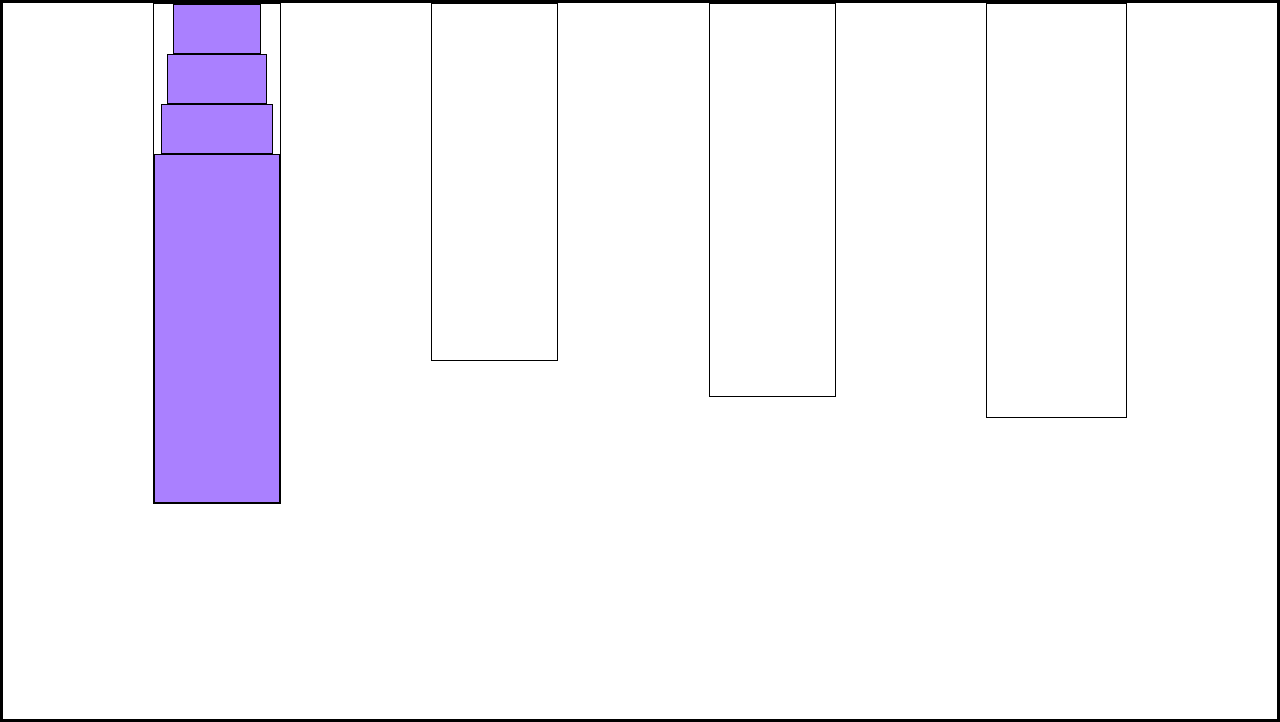
Repository: Lungdjos/city_skyline
Page: index.html
These files come from the project's save history. The page is drawn as it stood at one moment and after a run of saves; the edit follows.
The browser window is 1280 px wide. The pictures show the whole page.

Above is the page before, as saved 2023-12-11 09:51:29.

After the next 2 saves:
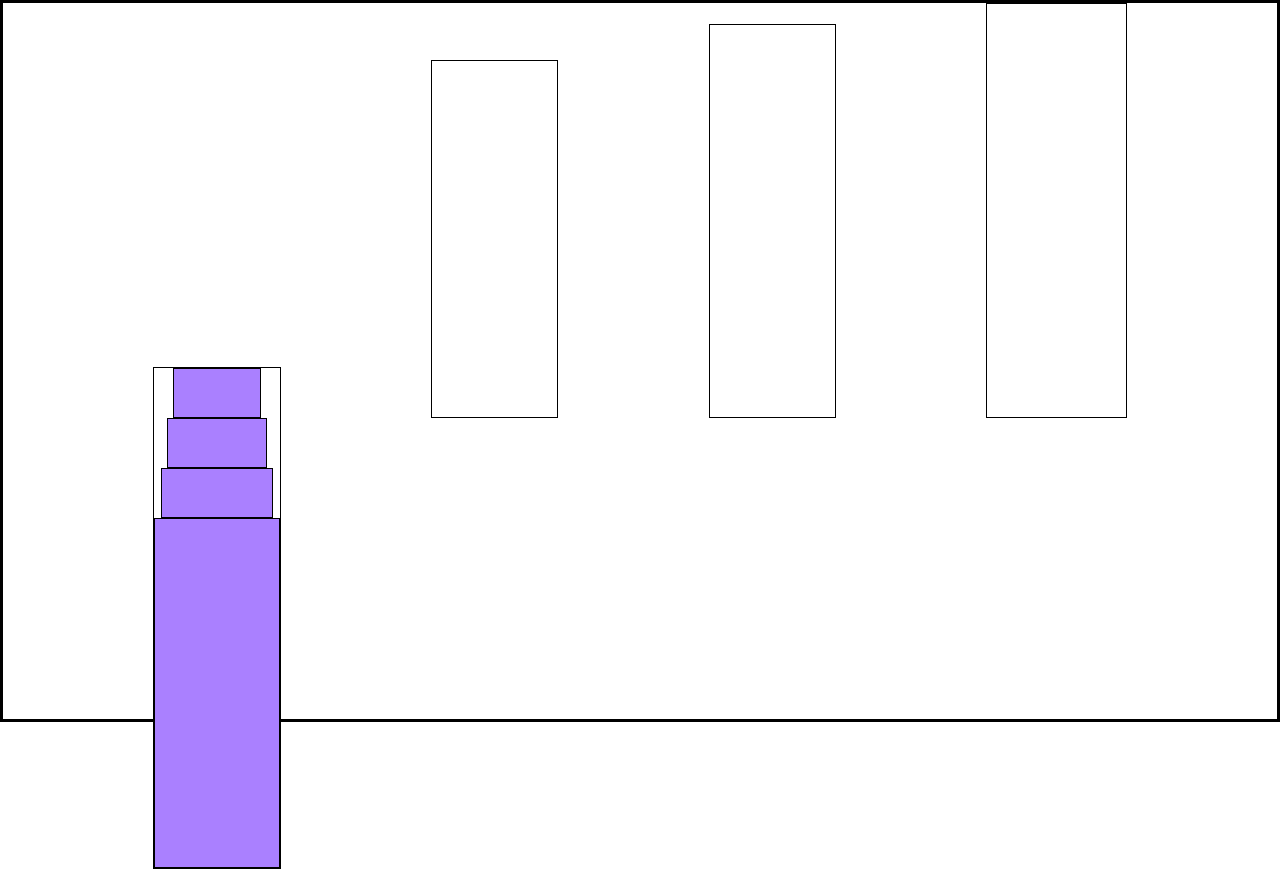
The 2 saves are shown as one change because they came seconds apart.
The last was saved 11 s later.
--- a/styles.css
+++ b/styles.css
@@ -14,7 +14,7 @@ body {
     height: 100%;
     display: flex;
     justify-content: space-evenly;
-    align-items: stretch;
+    align-items: baseline;
 }
 
 .bb1 {
